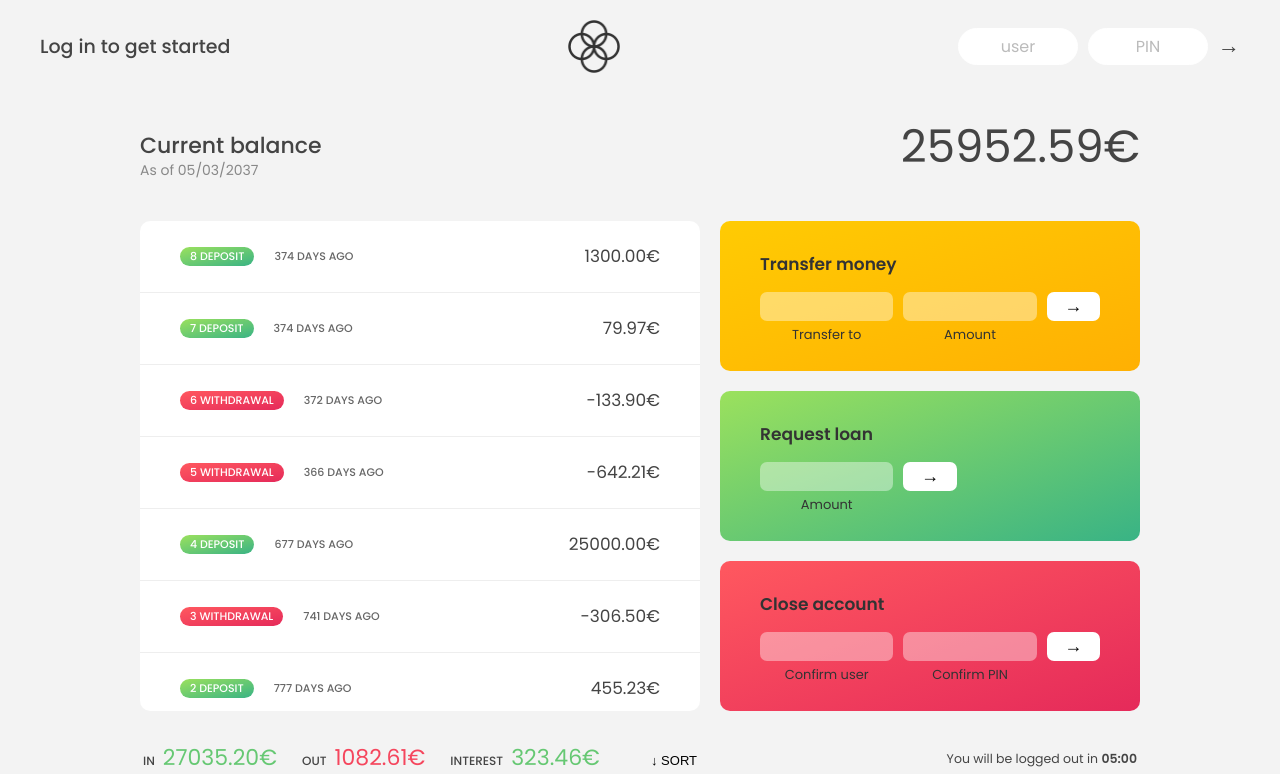
Repository: otvertka/jsc_12
Page: index.html
The author's editor kept a copy of each file at every save. The page is drawn from the files as they stood at one save, then again after the next save.
The browser window is 1280 px wide. The pictures show the whole page.
An inner scrolling area shows only its first screen.

Above is the page before, as saved 2023-02-17 12:38:35.

After the next save:
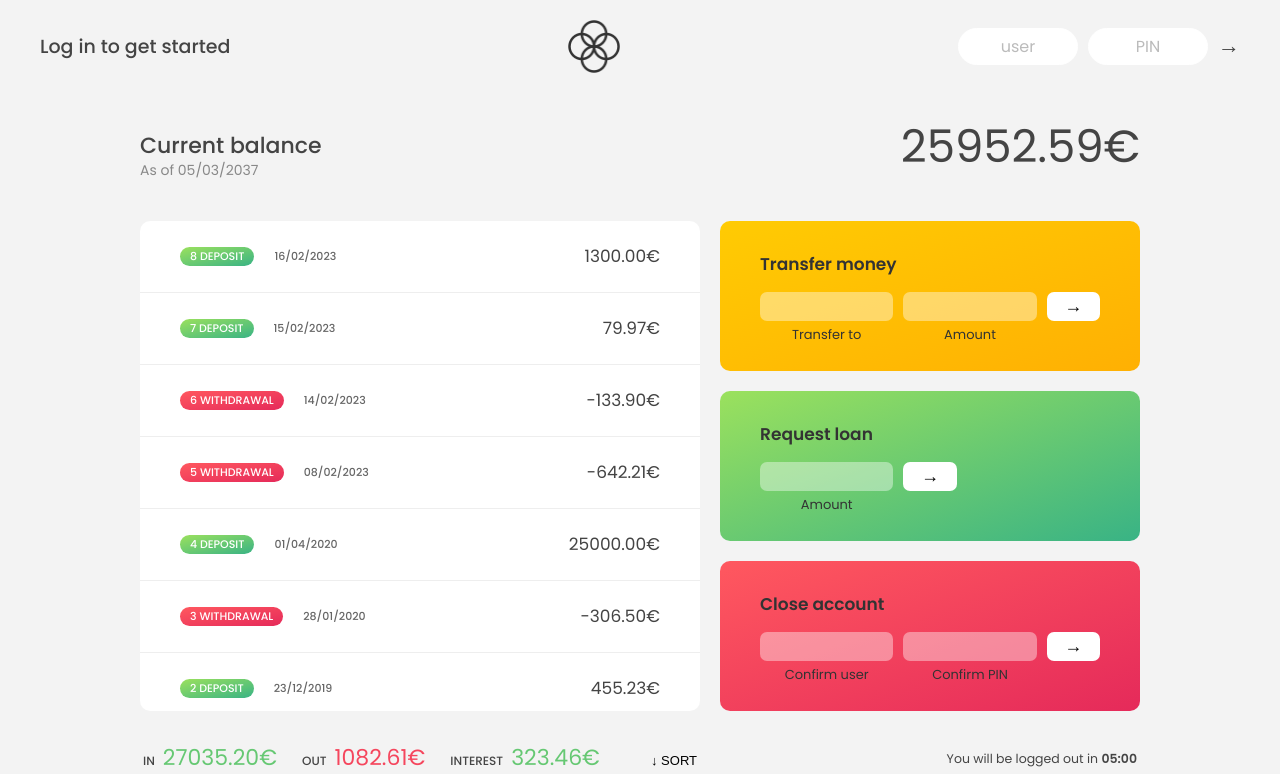
Saved 35 s later.
--- a/script.js
+++ b/script.js
@@ -89,7 +89,7 @@ const formatMovementDate = function (date) {
 
   if (daysPassed === 0) return 'Today';
   if (daysPassed === 1) return 'Yesterday';
-  if (daysPassed >= 7) return `${daysPassed} days ago`;
+  if (daysPassed <= 7) return `${daysPassed} days ago`;
   else {
     const now = new Date();
     const day = `${date.getDate()}`.padStart(2, 0); // дата начинается с 01 (2 - колич. цифр, 0 - начало отсчёта)
